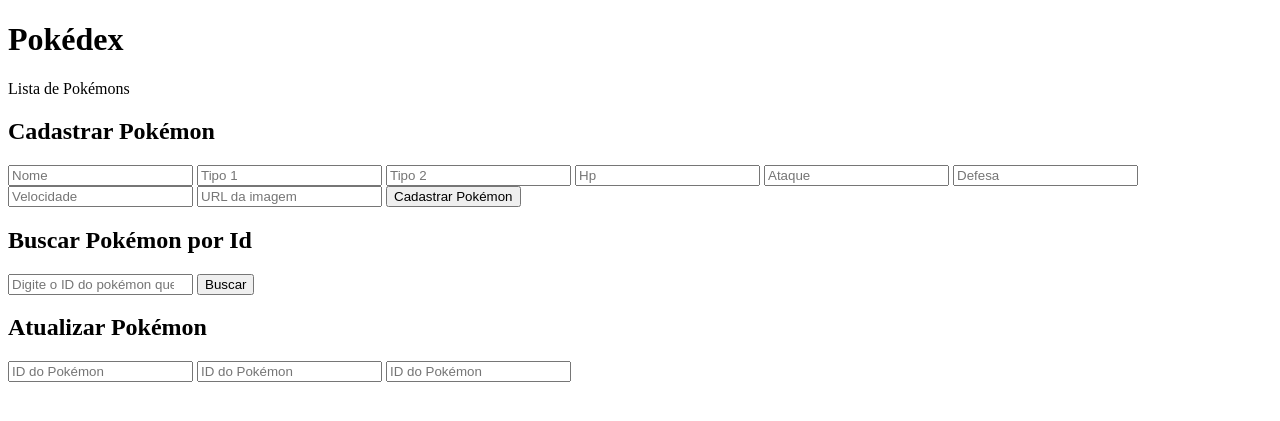
Repository: arthurSchgg/pokedex
Page: front-end/index.html
These files come from the project's save history. The page is drawn as it stood at one moment and after a run of saves; the edit follows.
The browser window is 1280 px wide. The pictures show the whole page.
The page's requests for data from a server got no answer.

Above is the page before, as saved 2026-10-01 16:04:22.

After the next 2 saves:
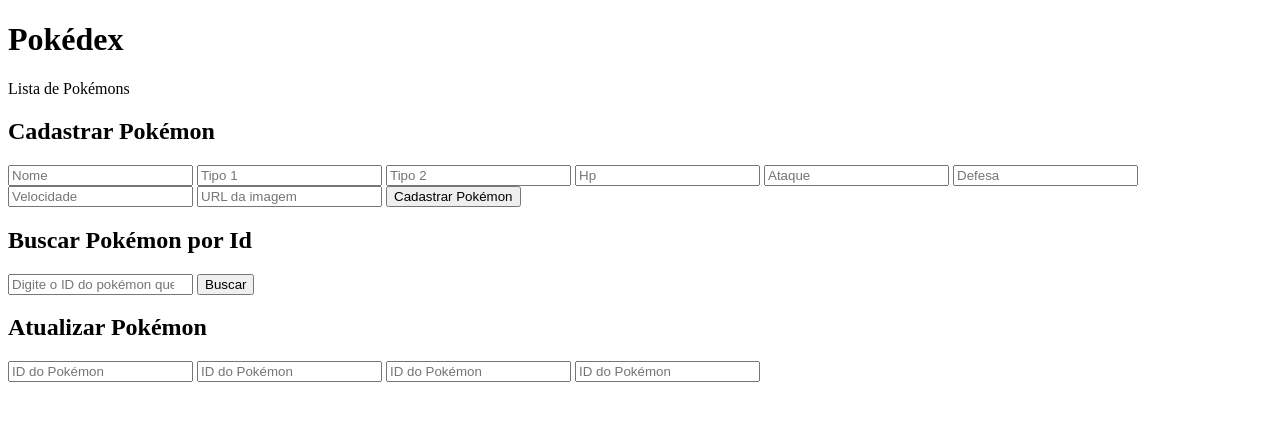
The 2 saves are shown as one change because they came seconds apart.
The last was saved 7 s later.
--- a/front-end/index.html
+++ b/front-end/index.html
@@ -73,6 +73,13 @@
 
             <input
                 type="number"
+                id="tipo1"
+                placeholder="ID do Pokémon"
+                required
+            >
+
+            <input
+                type="number"
                 id="update-id"
                 placeholder="ID do Pokémon"
                 required
